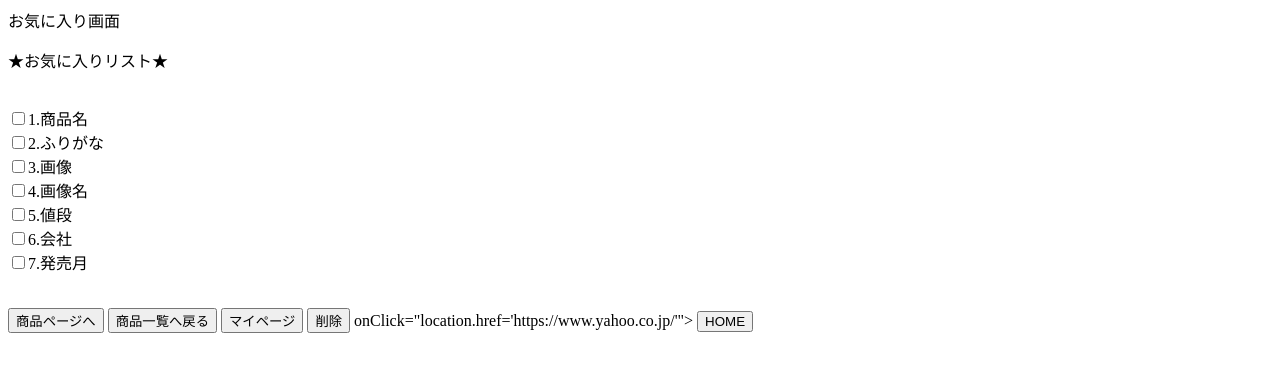
Repository: nathox/backup
Page: http://localhost/Favorite/z.jsp
These files come from the project's save history. The page is drawn as it stood at one moment and after the next save; the edit follows.
The browser window is 1280 px wide. The pictures show the whole page.
The page is served by Tomcat 9.

Above is the page before, as saved 2018-02-08 01:55:04.
Console error (its wording comes from the project's code and is left out).

After the next save:
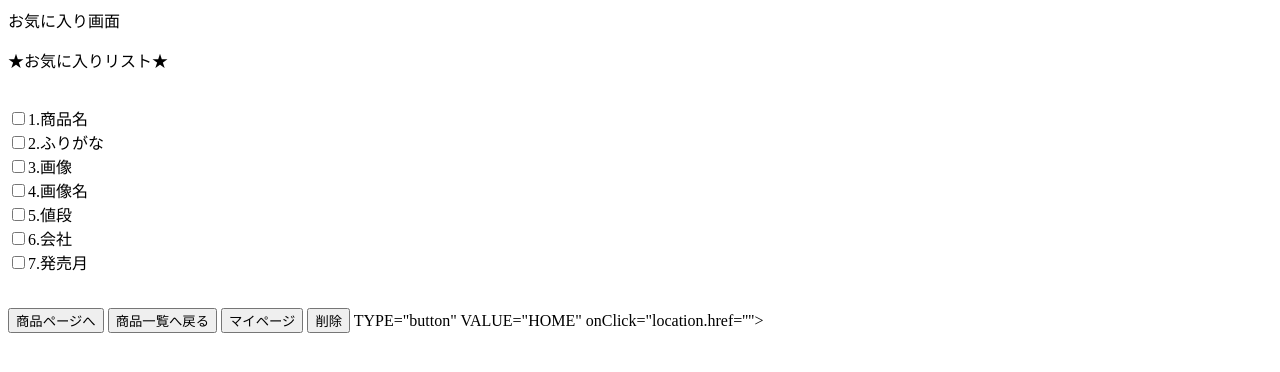
Saved 59 s later.
--- a/Favorite/WebContent/z.jsp
+++ b/Favorite/WebContent/z.jsp
@@ -241,7 +241,6 @@
 				TYPE="button" VALUE="マイページ"
 				onClick="location.href='https://www.yahoo.co.jp/'"> <INPUT
 				TYPE="button" VALUE="削除" onClick="location.href=''">
-				onClick="location.href='https://www.yahoo.co.jp/'"> <INPUT
 				TYPE="button" VALUE="HOME" onClick="location.href=''">
 
 
